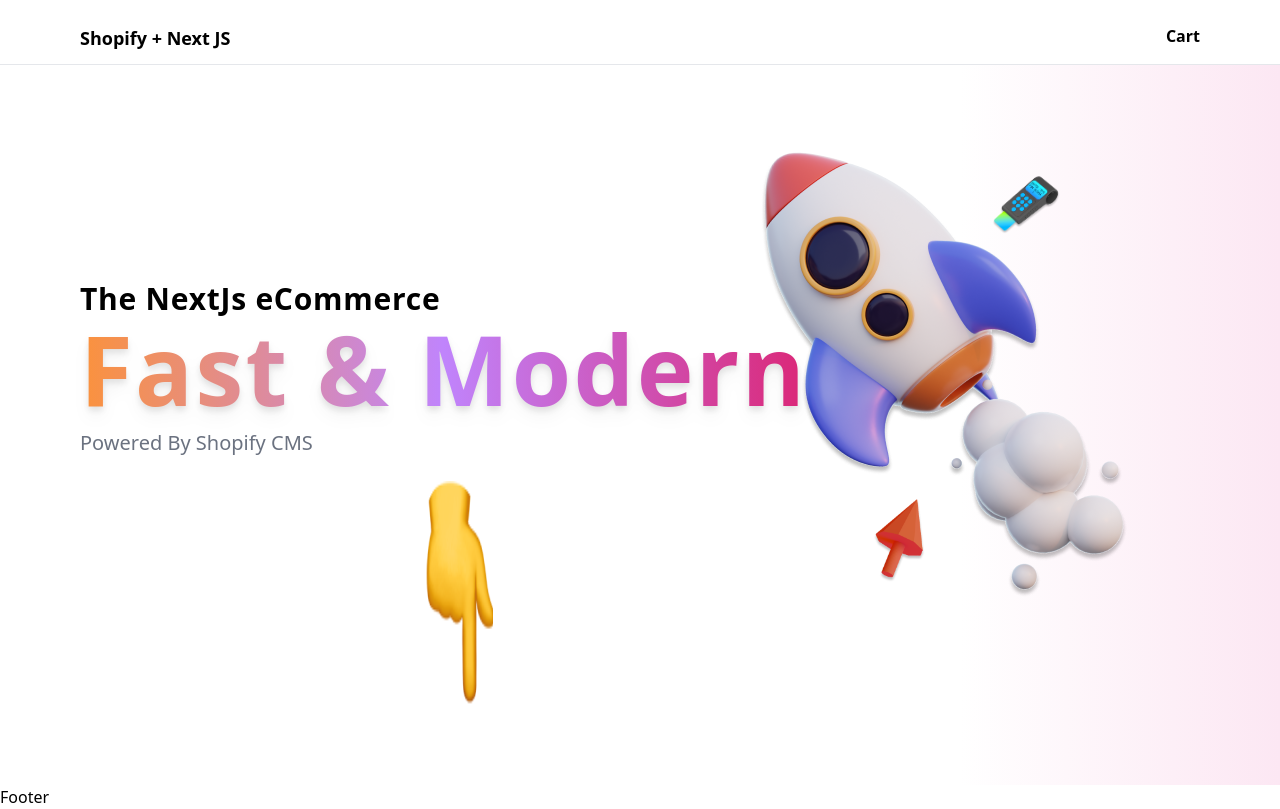
Repository: Krishna-bansall/store
Page: /
The author's editor kept a copy of each file at every save. The page is drawn from the files as they stood at one save, then again after the next save.
The browser window is 1280 px wide. The pictures show the whole page.
The project was rebuilt for these pictures with package versions that can differ from the ones it lists, and the page was loaded fresh each time. The framework's server and built-in components were replaced by stand-ins that run in the browser. Also part of the build but not shown: next.config.js, utils/helpers.js, components/ProductCard.js, components/ProductList.js.

Above is the page before, as saved 2022-04-10 18:07:37.

### pages/_app.tsx
import '../styles/globals.css'
import { AnimatePresence } from 'framer-motion'
import Layout from '../components/Layout'
import type { AppProps } from 'next/app'

function MyApp({ Component, pageProps }: AppProps) {
  return (
        <AnimatePresence exitBeforeEnter>
          <Layout>
            <Component {...pageProps} />
          </Layout>
        </AnimatePresence>
    )
}

export default MyApp

### pages/index.js
// import { getProductInCollection, getProduct } from '../lib/shopify'
import ProductList from '../components/ProductList'
import HeroSection from '../components/HeroSection'

const Home = ({ products }) => {
  return (
    <div className="">
      <HeroSection />
      {/* <ProductList product={products} />{' '} */}
    </div>
  )
}
// export async function getStaticProps() {
//   const products = await getProductInCollection()

//   return {
//     props: { products }, // will be passed to the page component as props
//   }
// }

export default Home

### components/Layout.js
import React, { Children } from 'react'
import Nav from './Nav'
import HeroSection from './HeroSection'
function Layout({ children }) {
  return (
    <div className="flex flex-col justify-between">
      <Nav />
      <div className="overflow-hidden">
        <main>{children}</main>
        <footer>Footer</footer>
      </div>
    </div>
  )
}

export default Layout

### components/HeroSection.js
import React from 'react'
import Link from 'next/link'
import Image from 'next/image'
import rocket from '../public/images/rocket.png'
import machine from '../public/images/machine.png'
import cursor from '../public/images/cursor.png'
import down from '../public/images/down.png'
function HeroSection() {
  return (
    <div className="relative grid h-screen grid-cols-2 bg-white">
      <div
        className="z-10 col-span-2 grid max-h-screen grid-cols-[1fr_3fr_1fr] grid-rows-[3fr_2fr_3fr]
      px-4 py-20 md:grid-cols-[2fr_1fr] md:grid-rows-[1fr_2fr_2fr] md:px-20"
      >
        <div className="col-start-2 row-start-2 flex h-full items-center justify-center text-center md:col-start-1 md:justify-start md:text-left">
          <div className="absolute -translate-y-1/2 md:translate-y-0">
            <h3 className="mb-1 max-w-xl text-lg font-semibold tracking-wide md:text-2xl lg:text-3xl 2xl:text-5xl">
              The NextJs eCommerce
            </h3>
            <h1
              className="mb-3 max-w-full bg-gradient-to-r from-orange-400 via-purple-400 to-pink-600 bg-clip-text
          text-4xl font-black text-transparent drop-shadow-lg md:text-6xl md:tracking-wide lg:text-8xl 2xl:text-9xl"
            >
              Fast & Modern
            </h1>
            <p className="text-sm text-gray-500 md:text-xl 2xl:text-3xl">
              Powered By Shopify CMS
            </p>
          </div>
        </div>

        <div className="col-start-3 flex justify-start md:col-start-2 md:justify-center">
          <div className="flex w-full items-end md:w-[clamp(3rem,7rem,10rem)] xl:ml-6">
            <Image className="" src={machine} alt="Machine" />
          </div>
        </div>

        <div className="col-start-2 row-start-1 hidden items-start md:visible md:row-start-2 md:grid ">
          <div className="absolute grid max-w-xs self-center justify-self-end lg:max-w-full">
            <Image className="" src={rocket} alt="Rocket" />
          </div>
        </div>

        <div className="visible  col-start-2 row-start-1 flex items-end justify-center md:hidden">
          <div className="flex w-40 items-end">
            <Image className="-rotate-90 " src={rocket} alt="Rocket" />
          </div>
        </div>

        <div className="col-start-3 row-start-2 grid md:col-start-2 md:row-start-3">
          <div className="flex items-start md:w-[clamp(3rem,7rem,10rem)] xl:ml-6">
            <Image
              className="-rotate-45 md:rotate-0"
              src={cursor}
              alt="Cursor"
            />
          </div>
        </div>
        <div className="col-start-2 row-start-3 flex justify-center md:col-start-1">
          <Image src={down} alt="down" />
        </div>
      </div>

      <div
        className="absolute col-start-2 h-full w-full bg-gradient-to-bl from-pink-100
         via-white to-transparent md:bg-gradient-to-l"
      ></div>
    </div>
  )
}

export default HeroSection

### components/Nav.js
import React from 'react'
import Link from 'next/link'
export default function Nav() {
  return (
    <header className="sticky top-0 z-20 border-b  backdrop-blur-md">
      <div className="item-center flex max-w-6xl justify-between px-4 pt-6 pb-3 md:px-20 lg:max-w-full">
        <Link href="/" passHref>
          <a className="cursor-pointer">
            <span className="pt-1 text-lg font-bold 2xl:text-3xl">
              Shopify + Next JS
            </span>
          </a>
        </Link>
        <a className="text-medium cursor pointer font-bold 2xl:text-2xl">
          Cart
        </a>
      </div>
    </header>
  )
}

Loaded but not shown: styles/globals.css (common file); tailwind.config.js (common file)

After the next save:
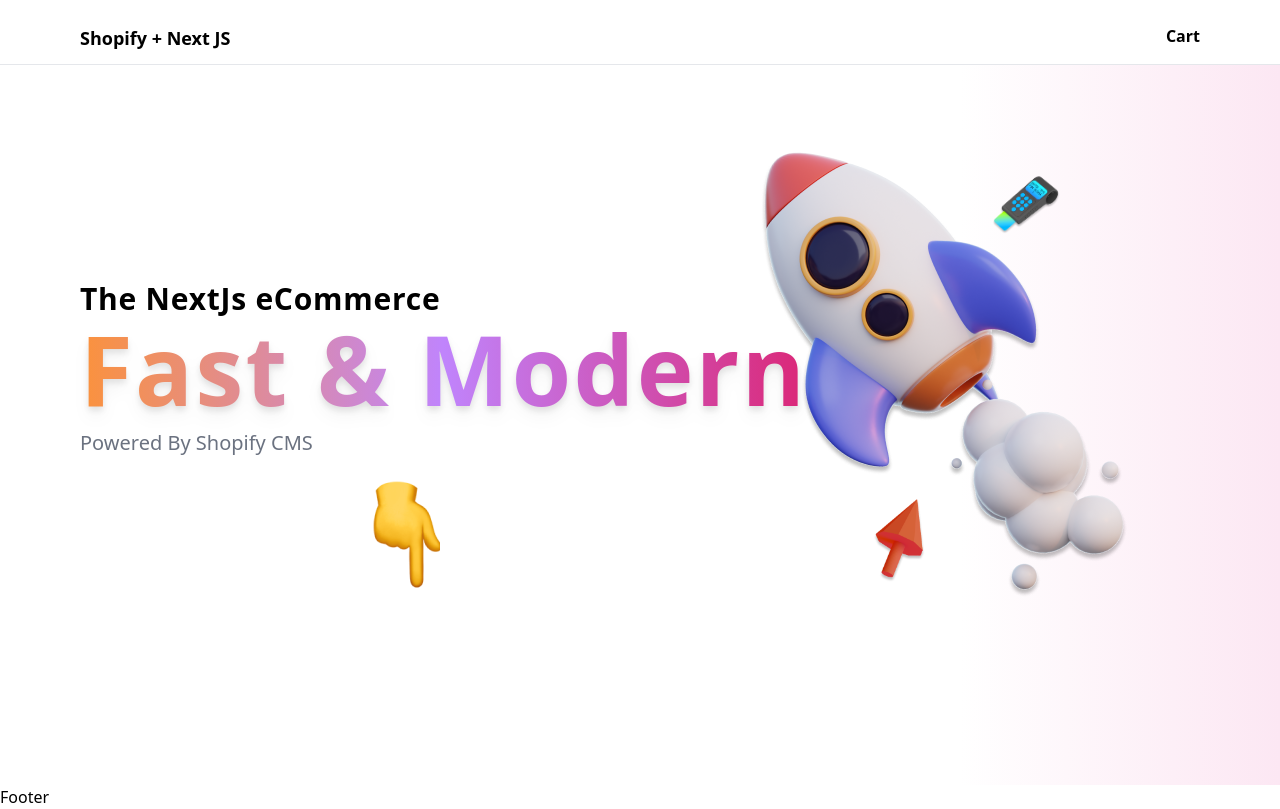
Saved 20 s later.
--- a/components/HeroSection.js
+++ b/components/HeroSection.js
@@ -57,7 +57,9 @@
           </div>
         </div>
         <div className="col-start-2 row-start-3 flex justify-center md:col-start-1">
-          <Image src={down} alt="down" />
+          <div className="w-1/4">
+            <Image src={down} alt="down" />
+          </div>
         </div>
       </div>
 
